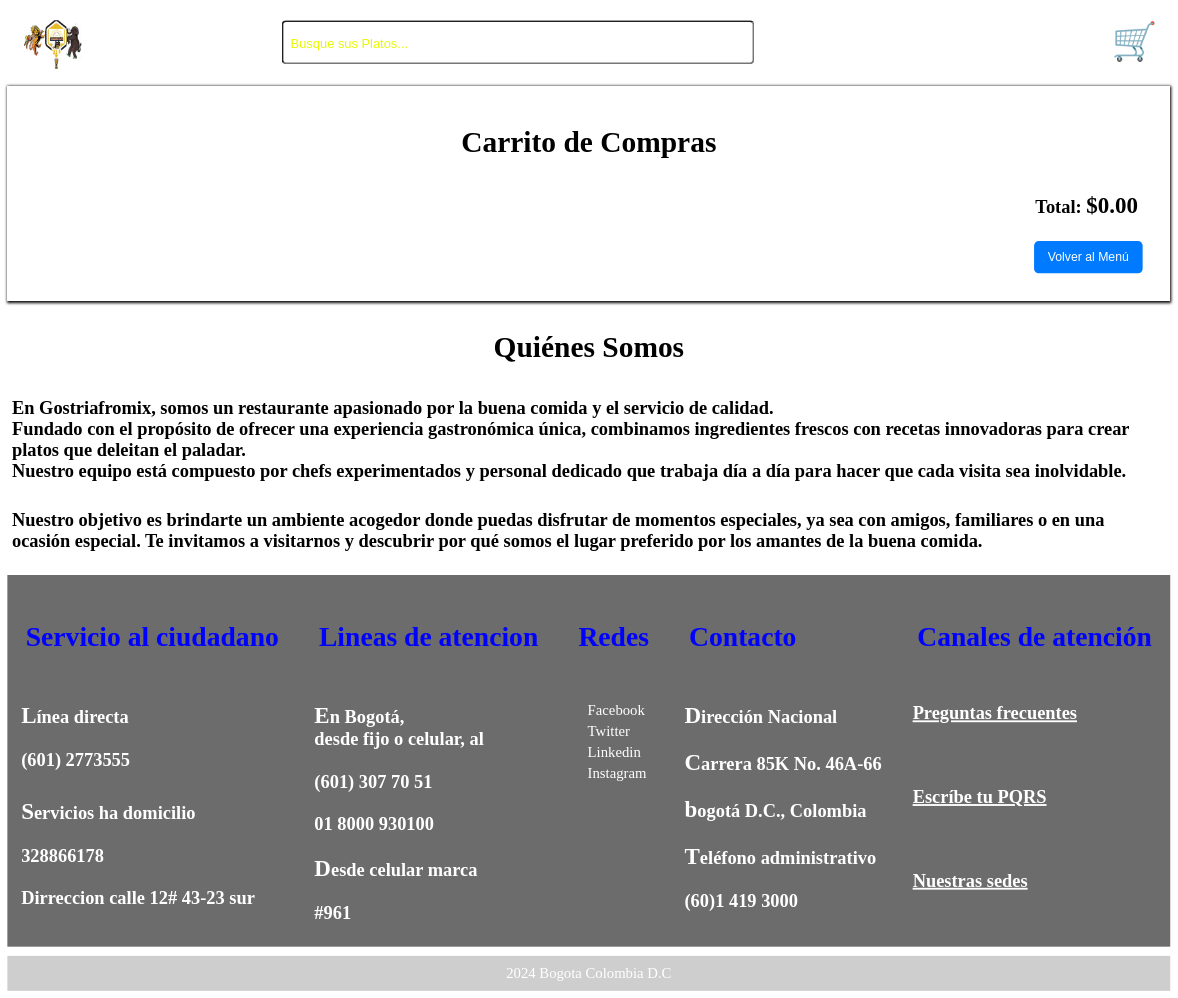
Repository: ye909/app_restaurante
Page: index.html
An editor plug-in stored every save of this project. The page is shown before and after the next save, followed by the edit.
The browser window is 1280 px wide. The pictures show the whole page, at 92% of full size.

Above is the page before, as saved 2025-01-11 19:04:48.
Console error: TypeError: Cannot read properties of null (reading 'addEventListener')

### index.html
<!-- <!DOCTYPE html>

<html lang="en">
<head>
  <meta charset="UTF-8">
  <meta name="viewport" content="width=device-width, initial-scale=1.0">
  <title>Restaurante</title>
  <link rel="stylesheet" href="./css/style.css">
  <link rel="stylesheet" href="./css/heder.css">
  <link rel="stylesheet" href="./css/opcion_menu.css">
  <link rel="stylesheet" href="./css/modal_card.css">
</head>
<body>




  <h1 class="bienvenida" id="bienvenida">BIENVENIDOS/A</h1>
  <nav>
    <ul>
      <li id="menu-btn"> Menu</li>
      <li></li>
      </li>
      <li><a href="./public/templeis/domicilio.html" target="_blank">Domicilio</a></li>
      <li><a href="./public/templeis/reserva.html" target="_blank">Reserva</a></li>
      <li><a href="#contacto">Contacto</a></li>
      <li><a href="./public/templeis/login.html" target="_blank">Inicio</a></li>
      <li><a href="#somos">Quiénes Somos</a></li>
      <li><a href="./public/templeis/registro.html" target="_blank">Registro</a> </li>
    </ul>
  </nav>

  <main id="menu-view" class="menu-view">
    <div class="filter-buttons">
      <button class="filter" data-region="Todos">Todos</button>
      <button class="filter" data-region="Latinoamérica">Latinoamérica</button>
      <button class="filter" data-region="Centroamérica">Centroamérica</button>
      <button class="filter" data-region="Suramérica">Suramérica</button>
    </div>
    <div id="menu-items" class="menu-items"></div>
    <div><h1>aaas</h1></div>
    <audio id="clickSound" src="./public/audio/mouse_btn3.mp3"></audio>
  </main>






</body>
</html> -->
<!DOCTYPE html>
<html lang="en">
<head>
  <meta charset="UTF-8">
  <meta name="viewport" content="width=device-width, initial-scale=1.0">
  <title>Document</title>
  <link rel="stylesheet" href="/css/menu_principal.css">
  <link rel="stylesheet" href="/css/footer.css">
  <link rel="stylesheet" href="/css/heder.css">
  <link rel="stylesheet" href="/css/modal_card.css">
</head>
<body>
  <header>
    <div class="container_header_card">
      <div class="imagen"><img src="/public/imagen/login.gif" alt=""></div>

      <input type="text" id="buscar" class="buscar" placeholder="Busque sus Platos...">
      <ul id="productList" class="productList"></ul>

      <div id="cart-btn" class="shopping">🛒</div>

  </header>




  <main id="cart-view"  class="cart-view">


   <div class="container_card">
    <h1>Carrito de Compras</h1>
    <div id="cart-items" class="cart-items"></div>
    <div class="cart-total">
      <p>Total: <span id="cart-total">$0.00</span></p>
      <button id="back-to-menu">Volver al Menú</button>
    </div>
   </div>
  </main>


  <div class="quienes_somos" id="somos">
    <h1>Quiénes Somos</h1>
    <p>En <strong>Gostriafromix</strong>, somos un restaurante apasionado por la buena comida y el servicio de calidad.
      <br>
      Fundado con el propósito de ofrecer una experiencia gastronómica única, combinamos ingredientes frescos con
      recetas innovadoras para crear platos que deleitan el paladar. <br>
      Nuestro equipo está compuesto por chefs experimentados y personal dedicado que trabaja día a día para hacer que
      cada visita sea inolvidable.
    </p>
    <p>Nuestro objetivo es brindarte un ambiente acogedor donde puedas disfrutar de momentos especiales, ya sea con
      amigos, familiares o en una ocasión especial. Te invitamos a
      visitarnos y descubrir por qué somos el lugar preferido por los amantes de la buena comida.</p>
  </div>

  <footer>
    <div class="conataine_footer">
      <div>
        <h4>Servicio al ciudadano</h4>
        <p><span>L</span>ínea directa <br> <br> (601) 2773555</p>
        <p id="domicilio"><span>S</span>ervicios ha domicilio<br> <br>328866178 <br><br>Dirreccion calle 12# 43-23 sur
        </p>

      </div>

      <div>
        <h4>Lineas de atencion</h4>
        <p><span>E</span>n Bogotá, <br> desde fijo o celular, al <br><br>
          (601) 307 70 51 <br><br>
          01 8000 930100 <br><br>
          <span>D</span>esde celular marca <br><br>
          #961
        </p>
      </div>
      <div>
        <h4>Redes</h4>
        <div><a href=""><i class="fa-brands fa-facebook"> </i></a> Facebook</div>
        <div><a href=""><i class="fa-brands fa-twitter"></i></a>Twitter</div>
        <div><a href=""><i class="fa-brands fa-linkedin"></i> </a>Linkedin</div>
        <div><a href=""><i class="fa-brands fa-instagram"></i></a> Instagram</div>
      </div>
      <div>
        <h4 id="contacto">Contacto</h4>
        <p><span>D</span>irección Nacional<br><br>
          <span>C</span>arrera 85K No. 46A-66<br><br>
          <span>b</span>ogotá D.C., Colombia<br><br>
          <span>T</span>eléfono administrativo<br><br>
          (60)1 419 3000
        </p>
      </div>

      <div>
        <h4> Canales de atención</h4>
        <p><a href="#">Preguntas frecuentes</p></a><br>
        <p><a href="#">Escríbe tu PQRS</p></a><br>
        <p><a href="#">Nuestras sedes</p></a>
      </div>
    </div>
  </footer>
  <div class="container_final">2024 Bogota Colombia D.C</div>


  <script src="./js/script.js"></script>
  <script src="./js/productos.js"></script>
  <script src="./js/dinamico.js"></script>
</body>
</html>

### css/menu_principal.css
:scope{
    padding: 0%;
    margin: 0%;
    overflow: scroll;
}

/* html {
    scroll-behavior: smooth;
    background-image: url(../ublic/imagen/janos.jpg);
    background-repeat: no-repeat;
    background-size: cover;
    background-attachment: fixed;
    background-size: 100% 100%;
    height: auto;
  } */

### css/footer.css
.conataine_footer {
  display: flex;
  justify-content: space-between;
  flex-direction: row;
  flex-wrap: wrap;
  margin: 10px;
}

p {

  padding: 5px;
  font-size: 20px;
  font-weight: bold;
}
span {
  font-size: 25px;
}

:is(.container_final) {
  display: flex;
  justify-content: center;
  align-items: center;
}

h4 {
  color: blue;
  font-size: 30px;
}
:is(.container_final, h4, i) {
  padding: 10px;
}
.container_final {
  background: rgba(12, 12, 12, 0.2);
  color: white;
}
.fa-facebook {
  color: rgb(5, 5, 253);
}
.fa-twitter {
  color: rgb(8, 123, 245);
}
.fa-linkedin {
  color: rgb(71, 71, 155);
}
.fa-instagram {
  color: rgb(243, 17, 17);
}
a {
  cursor: pointer;
}
footer a {
  font-size: 20px;
  color: white;
}
footer {
  background: rgba(10, 10, 10, 0.6);
  color: white;
}

### css/heder.css
.container_header_card{
    display: flex;
    justify-content: space-between;
    justify-items: center;
    flex-direction: row;
    flex-wrap: wrap;
    padding: 14px;
    }

 .productList {
     list-style-type: none;
     padding: 0;
 }

 .productList li {
     padding: 10px;
     border-bottom: 1px solid #ccc;
 }

 .productList li:last-child {
     border-bottom: none;
 }

  .container_header_card img{
    width: 70px;
}
  .shopping{
    font-size: 40px;
cursor: pointer;
}
.buscar::placeholder{
    color:rgb(232, 248, 3);
    font-size: 14px;
}

.buscar {
    width: 40%;
    height: 3.9vh;
    background:transparent;
    color:white;
    font-size: 18px;
    border-radius: 5px;
    margin-left: 20px;
}
:is(.bienvenida,
 .buscar){
     padding: 8px;
 }
 .bienvenida{
    background-image:linear-gradient(to left, rgb(4, 151, 4), rgb(248, 244, 7),  red,rgb(14, 14, 240));
    -webkit-text-fill-color:transparent;
    -webkit-background-clip: text;
    background-clip: text;
    text-align: center;


}

### css/modal_card.css
.container_card {
 box-shadow: 1px 1px 3px 1px black ;
 padding: 10px;
}
.cart-items{
     /* display: none; */
}
.card {
  width: 15%;
  height: 20vh;
  padding: 10px;
  background: rgba(0, 0, 0, 0.4);
  border-radius: 10px;
}
h1{
  text-align: center;
  padding: 10px;
}
.card img {
  width: 100%;
  height: 150px;
  object-fit: cover;
  border-radius: 5px;
}

.card button {
  margin-top: 10px;
  background-color: #007bff;
  color: white;
  border: none;
  padding: 10px;
  border-radius: 5px;
  cursor: pointer;
}

.card button:hover {
  background-color: #0056b3;
}

.cart-total {
  text-align: right;
  margin: 20px;
}

.cart-total button {
  background-color: #007bff;
  color: white;
  border: none;
  padding: 10px 15px;
  cursor: pointer;
  border-radius: 5px;
}

.cart-total button:hover {
  background-color: #0056b3;
}

### js/script.js

  let cart = [];
  let selectedRegion = "Todos";

  const menuView = document.getElementById("menu-view");
  const cartView = document.getElementById("cart-view");
  const menuItemsContainer = document.getElementById("menu-items");
  const cartItemsContainer = document.getElementById("cart-items");
  const cartTotal = document.getElementById("cart-total");

  document.querySelectorAll(".filter").forEach(button => {
    button.addEventListener("click", () => {
      selectedRegion = button.getAttribute("data-region");
      renderMenu();
    });
  });

  document.getElementById("menu-btn").addEventListener("click", () => {
    menuView.style.display = "block";
    cartView.style.display = "none";
  });

  document.getElementById("cart-btn").addEventListener("click", () => {
    menuView.style.display = "none";
    cartView.style.display = "block";
    renderCart();
  });

  document.getElementById("back-to-menu").addEventListener("click", () => {
    menuView.style.display = "block";
    cartView.style.display = "none";
  });

  function renderMenu() {
    menuItemsContainer.innerHTML = "";
    const filteredItems = selectedRegion === "Todos" ? menuItems : menuItems.filter(item => item.region === selectedRegion);
    filteredItems.forEach(item => {
      const card = document.createElement("div");
      card.className = "card";
      card.innerHTML = `
        <img src="${item.image}" alt="${item.name}">
        <h3>${item.name}</h3>
        <p>${item.description}</p>
        <p><strong>$${item.price.toFixed(2)}</strong></p>
        <button onclick="addToCart(${item.id})">Agregar</button>
      `;
      menuItemsContainer.appendChild(card);
    });
  }

  function renderCart() {
    cartItemsContainer.innerHTML = "";
    cart.forEach(item => {
      const cartItem = document.createElement("div");
      cartItem.className = "card";
      cartItem.innerHTML = `
        <h3>${item.name}</h3>
        <p>Cantidad: ${item.quantity}</p>
        <p><strong>$${(item.price * item.quantity).toFixed(2)}</strong></p>
      `;
      cartItemsContainer.appendChild(cartItem);
    });
    const total = cart.reduce((sum, item) => sum + item.price * item.quantity, 0);
    cartTotal.textContent = `$${total.toFixed(2)}`;
  }

  function addToCart(id) {
    const item = menuItems.find(item => item.id === id);
    const cartItem = cart.find(item => item.id === id);
    if (cartItem) {
      cartItem.quantity++;
    } else {
      cart.push({ ...item, quantity: 1 });
    }
  }

  renderMenu();

### js/productos.js
const menuItems = [
  { id: 1, name: "Tacos al Pastor", description: "Delicious tacos", price: 12.99, image: "https://via.placeholder.com/150", region: "Latinoamérica" },
  { id: 2, name: "Pupusas", description: "Thick griddle cakes", price: 9.99, image: "https://via.placeholder.com/150", region: "Centroamérica" },
  { id: 3, name: "Ceviche", description: "Fresh seafood", price: 15.99, image: "https://via.placeholder.com/150", region: "Suramérica" },
];


// const menuItems = [

//     {
//       id:1,
//       nombre: "Bebida caliente",
//       img: "./public/imagen/bebidas_calientes1.PNG",
//       precio: 20000,
//       descripcion1: "hecho en los mejores lugares de paris",
//       cantidad: 1,
//     },

//     {
//       id:4,
//     precio:10000,
//     nombre:"carne",
//     img:"./public/imagen/mexica1.jpg",
//       descripcion:"Los tacos son uno de los mida "
//     , descripcion1:"tanos"
//     },
//     {
//       id:5,
//       precio:100,
//       nombre:"Sancocho",
//       img:"./public/imagen/sancocho.webp",
//         descripcion:"ya no kkkkk",
//          descripcion1:"plato de casula"
//     },
//     {
//       id:6,
//       precio:30000,
//     nombre:"Lechona",
//     img:"./public/imagen/mexica2.jpg",
//       descripcion:"La lechona es un plato típico de la "
//      ,descripcion1:"plátanos rellenos"
//     },
//     {
//       id:7,
//     precio:90000,
//     nombre:"Postre",
//     img:"./public/imagen/postre2.PNG",
//       descripcion:"ya nhhjshhshao ",
//        descripcion1:"Sabor y dulsura en el plato"
//     },
//     {
//       id:8,
//     precio:10000,
//     nombre:"Coltel",
//     img:"./public/imagen/coltel.webp",
//       descripcion:"Los tacos son uno de comida "
//     , descripcion1:"tanos"
//     },

//     {
//       id:10,
//       precio:30000,
//     nombre:"Cerveza",
//     img:"./public/imagen/cervezas.webp",
//       descripcion:"La lechona es un conoce como "
//      ,descripcion1:"plátanos rellenos"
//     },
//     {
//       id:9,
//       precio:100,
//       nombre:"plátanos rellenos",
//       img:"./public/imagen/platano.PNG",
//         descripcion:"ya no kkkkk",
//          descripcion1:"Rellenos de bocadillo y queso"
//     },
//     {
//       id:10,
//       precio:30000,
//     nombre:"Jugos",
//     img:"./public/imagen/JUGOS_NATURALES.jpg",
//       descripcion:"La lechona es unente se conoce como "
//      ,descripcion1:"plátanos rellenos"
//     },
//     {
//       id:11,
//     precio:90000,
//     nombre:"Arrozanas",
//     img:"./public/imagen/mexico6.jpg",
//       descripcion:"ya nhhjshhshao ",
//        descripcion1:"plátanos rellenos"
//     },
//     {
//     id:11,
//     precio:90000,
//     nombre:"Licor",
//     img:"./public/imagen/licores.webp",
//       descripcion:"ya nhhjshhshao ",
//        descripcion1:"plátanos rellenos"
//     }
//     //    contenido:"ya no"
//   ];

### js/dinamico.js

 const menuview = document.getElementById("menu-view")
const menu_principal=document.getElementById("menu_principal").addEventListener("click",ver_menu)

function ver_menu() {
  menuview.style.display="inline"
}
// texto de bienvenida

setTimeout(()=>{
    const bienvenida = document.getElementById("bienvenida").remove()
    bienvenida.style.transition=" background-color 0.3s ease, transform 0.7s ease; "
},3000)


// audio de los botones
const playSound = function () {
    var audio = document.getElementById("clickSound");
    audio.play();
  }



// // Ejemplo de notificación (opcional)
// document.getElementById('btnboton_agregar').addEventListener('click', () => {
//     if (Notification.permission === 'granted') {
//         new Notification('¡Hola desde tu PWA!');
//     } else if (Notification.permission !== 'denied') {
//         Notification.requestPermission().then((permission) => {
//             if (permission === 'granted') {
//                 new Notification('¡Hola desde tu PWA!');
//             }
//         });
//     }
// });

After the next save:
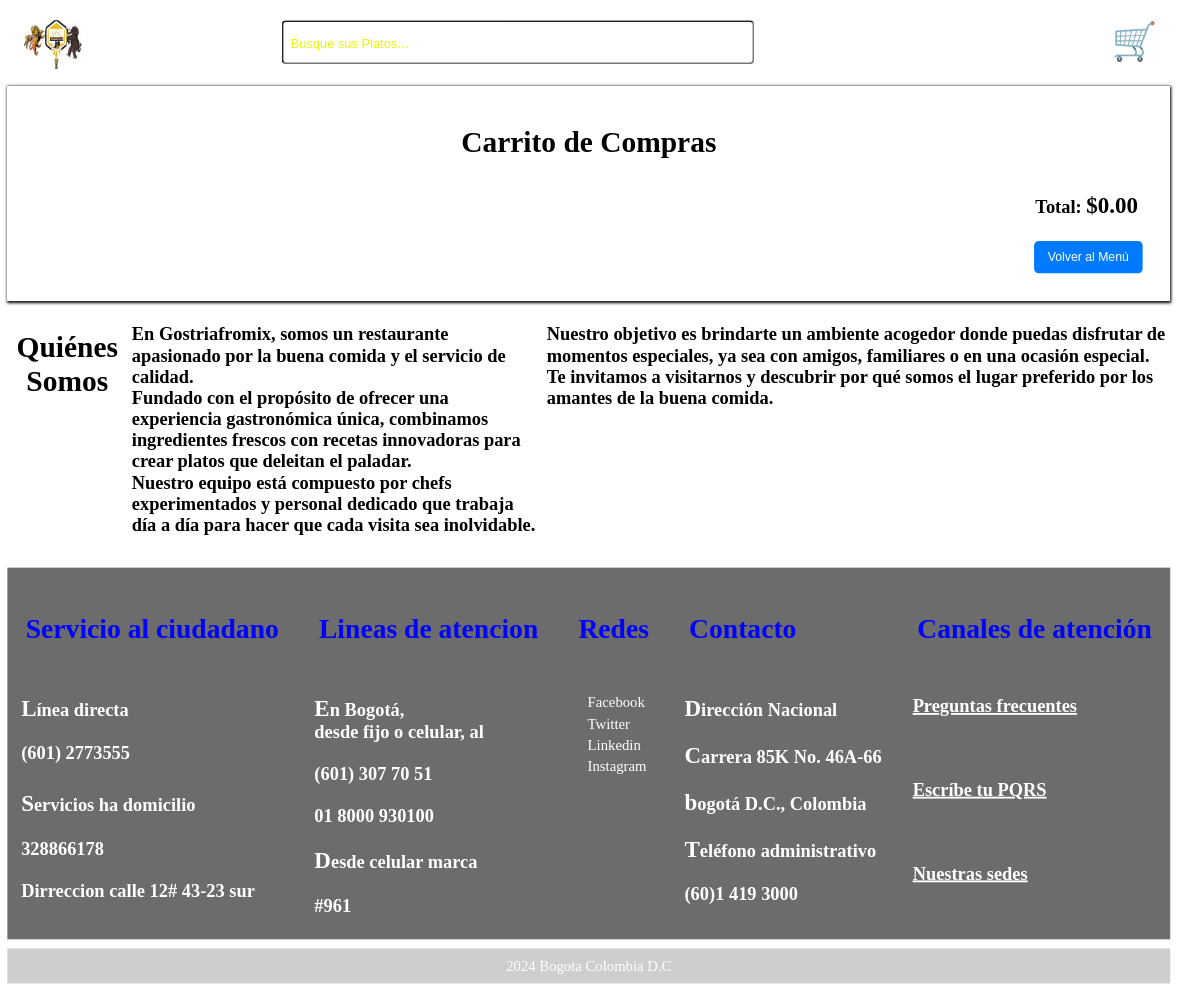
Saved 91 s later.
--- a/css/footer.css
+++ b/css/footer.css
@@ -15,7 +15,10 @@ p {
 span {
   font-size: 25px;
 }
-
+.quienes_somos{
+  display: flex;
+  justify-content: center;
+}
 :is(.container_final) {
   display: flex;
   justify-content: center;
